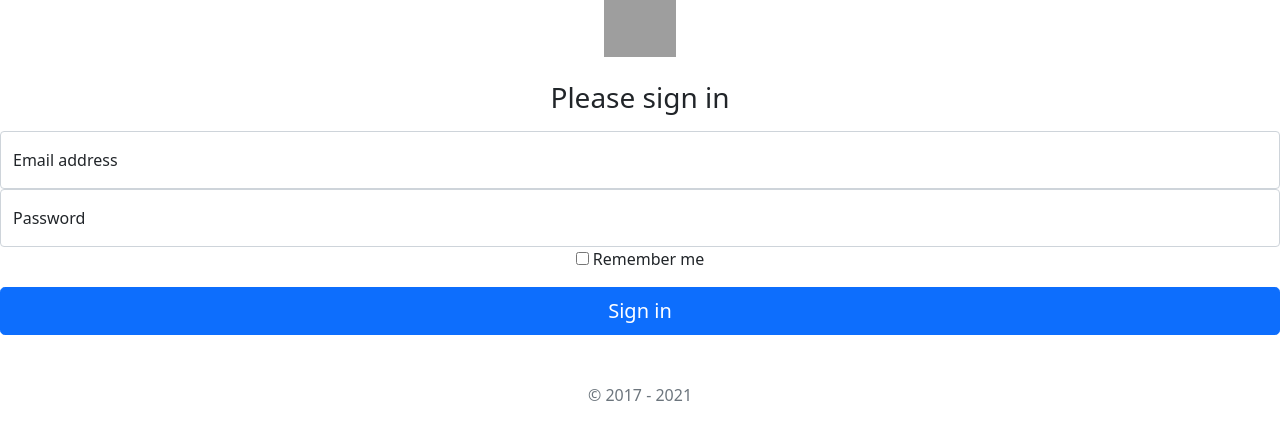
Repository: Simone1703/Sondaggi
Page: spring-boot-starter-jsp-main/src/main/webapp/WEB-INF/jsp/index.html
An editor plug-in stored every save of this project. The page is shown before and after the next save, followed by the edit.
The browser window is 1280 px wide. The pictures show the whole page.
Pictures or frames that could not be fetched are drawn as grey boxes.

Above is the page before, as saved 2022-04-27 12:59:18.
Not found: spring-boot-starter-jsp-main/src/main/webapp/css/signin.css

### spring-boot-starter-jsp-main/src/main/webapp/WEB-INF/jsp/index.html

<!doctype html>
<html lang="en">
<head>
<meta charset="utf-8">
<meta name="viewport" content="width=device-width, initial-scale=1">
<meta name="description" content="">
<meta name="author" content="Francesco Pirrone, Giovanni Forlastro">
<title>Applicazione demo</title>




<!-- Bootstrap core CSS -->
<link
	href="https://cdn.jsdelivr.net/npm/bootstrap@5.1.3/dist/css/bootstrap.min.css"
	rel="stylesheet"
	integrity="sha384-1BmE4kWBq78iYhFldvKuhfTAU6auU8tT94WrHftjDbrCEXSU1oBoqyl2QvZ6jIW3"
	crossorigin="anonymous">
<!-- Favicons -->

<style>
.bd-placeholder-img {
	font-size: 1.125rem;
	text-anchor: middle;
	-webkit-user-select: none;
	-moz-user-select: none;
	user-select: none;
}

@media ( min-width : 768px) {
	.bd-placeholder-img-lg {
		font-size: 3.5rem;
	}
}
</style>


<!-- Custom styles for this template -->
<link href="/css/signin.css" rel="stylesheet">
<meta name="theme-color" content="#7952b3">
</head>
<body class="text-center">

	<main class="form-signin">
		<form>
			<img class="mb-4" src="/images/bootstrap-logo.svg" alt="" width="72"
				height="57">
			<h1 class="h3 mb-3 fw-normal">Please sign in</h1>

			<div class="form-floating">
				<input type="email" class="form-control" id="floatingInput"
					placeholder="name@example.com"> <label for="floatingInput">Email
					address</label>
			</div>
			<div class="form-floating">
				<input type="password" class="form-control" id="floatingPassword"
					placeholder="Password"> <label for="floatingPassword">Password</label>
			</div>

			<div class="checkbox mb-3">
				<label> <input type="checkbox" value="remember-me">
					Remember me
				</label>
			</div>
			<button class="w-100 btn btn-lg btn-primary" type="submit">Sign
				in</button>
			<p class="mt-5 mb-3 text-muted">&copy; 2017 - 2021</p>
		</form>
	</main>



</body>
</html>

After the next save:
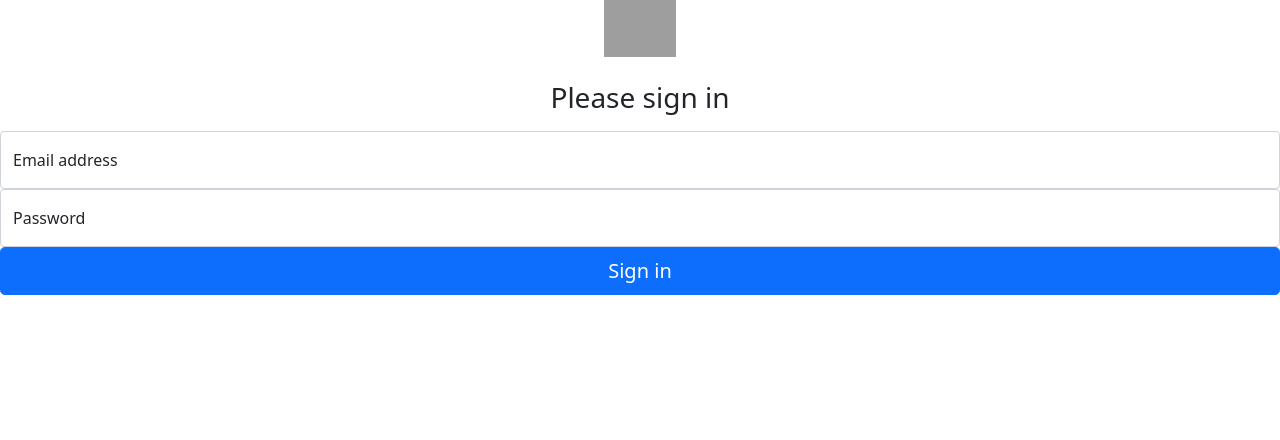
Saved 9 min 46 s later.
--- a/spring-boot-starter-jsp-main/src/main/webapp/WEB-INF/jsp/index.html
+++ b/spring-boot-starter-jsp-main/src/main/webapp/WEB-INF/jsp/index.html
@@ -58,14 +58,8 @@
 					placeholder="Password"> <label for="floatingPassword">Password</label>
 			</div>
 
-			<div class="checkbox mb-3">
-				<label> <input type="checkbox" value="remember-me">
-					Remember me
-				</label>
-			</div>
 			<button class="w-100 btn btn-lg btn-primary" type="submit">Sign
 				in</button>
-			<p class="mt-5 mb-3 text-muted">&copy; 2017 - 2021</p>
 		</form>
 	</main>
 

After the save that followed:
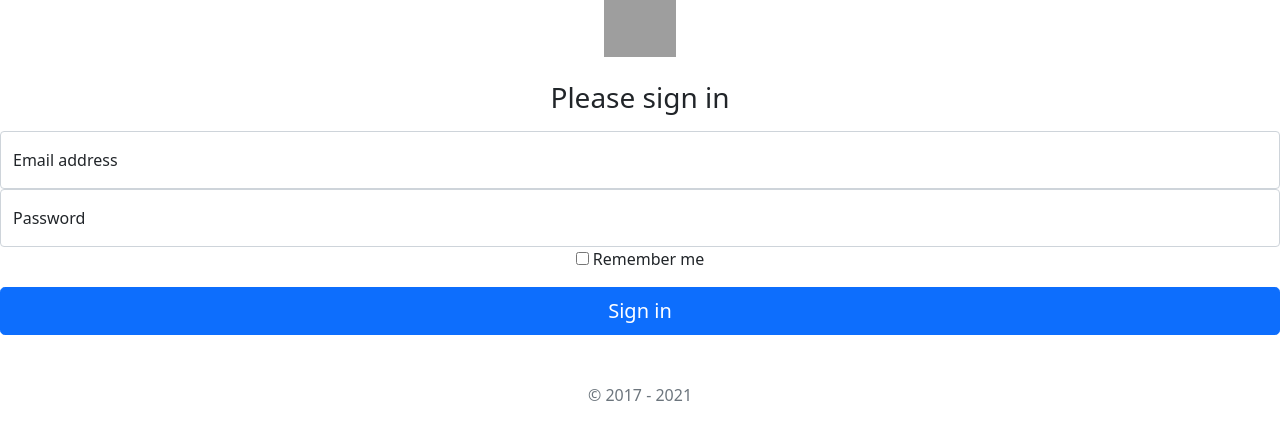
Saved 23 s later.
--- a/spring-boot-starter-jsp-main/src/main/webapp/WEB-INF/jsp/index.html
+++ b/spring-boot-starter-jsp-main/src/main/webapp/WEB-INF/jsp/index.html
@@ -58,8 +58,14 @@
 					placeholder="Password"> <label for="floatingPassword">Password</label>
 			</div>
 
+			<div class="checkbox mb-3">
+				<label> <input type="checkbox" value="remember-me">
+					Remember me
+				</label>
+			</div>
 			<button class="w-100 btn btn-lg btn-primary" type="submit">Sign
 				in</button>
+			<p class="mt-5 mb-3 text-muted">&copy; 2017 - 2021</p>
 		</form>
 	</main>
 
